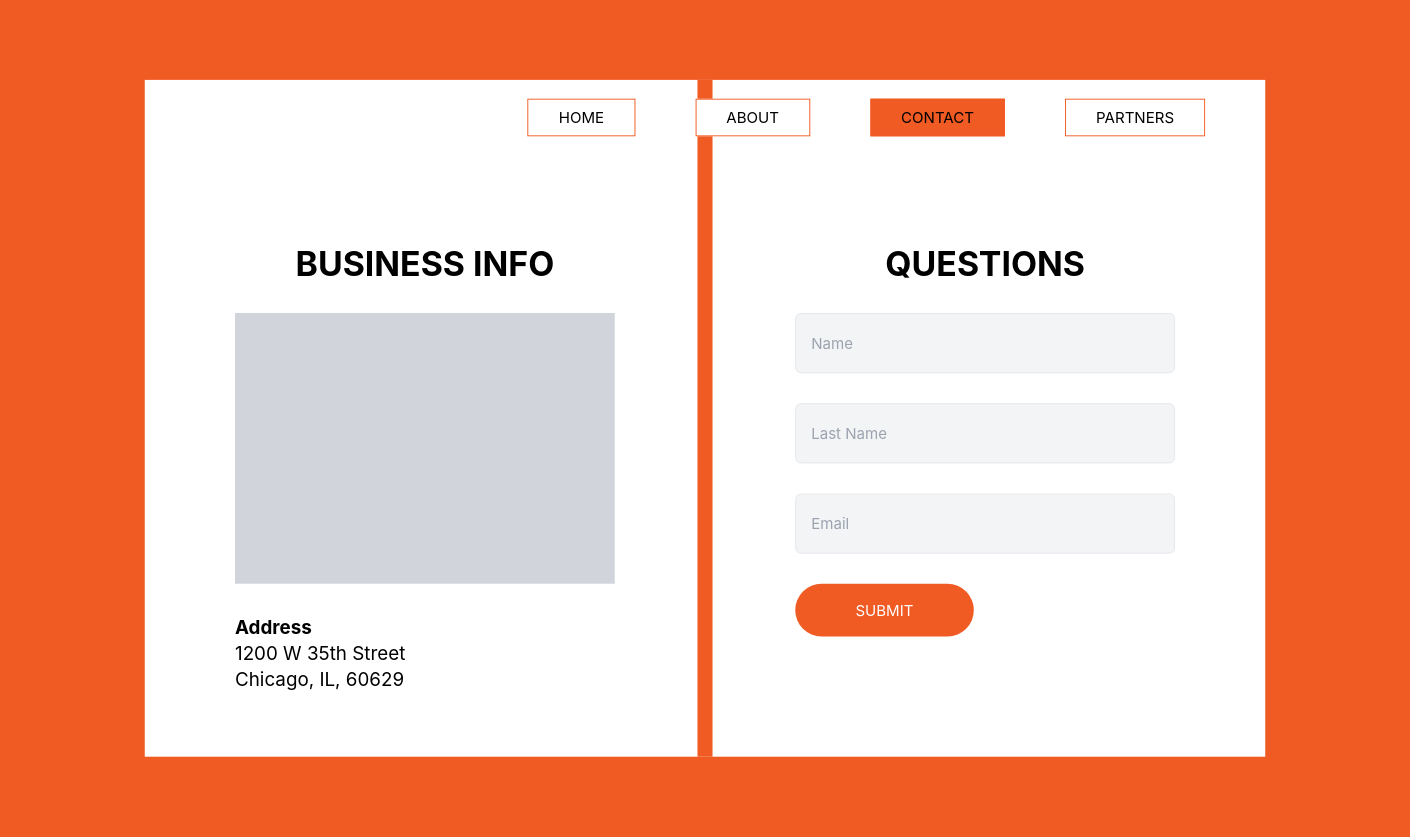
Repository: legenddev1202/whyclicktv
Page: /contact
An editor plug-in stored every save of this project. The page is shown before and after the next save, followed by the edit.
The browser window is 1280 px wide. The page is 1500 px wide, so the pictures cover 1500 px, including what lies to the right of the window. The pictures show the whole page, at 94% of full size.
The project was rebuilt for these pictures with package versions that can differ from the ones it lists, and the page was loaded fresh each time. Also part of the build but not shown: src/App.css, src/pages/home.js, src/pages/about.js, src/pages/partners.js, src/pages/referral.js.

Above is the page before, as saved 2022-03-31 14:19:29.

After the next save:
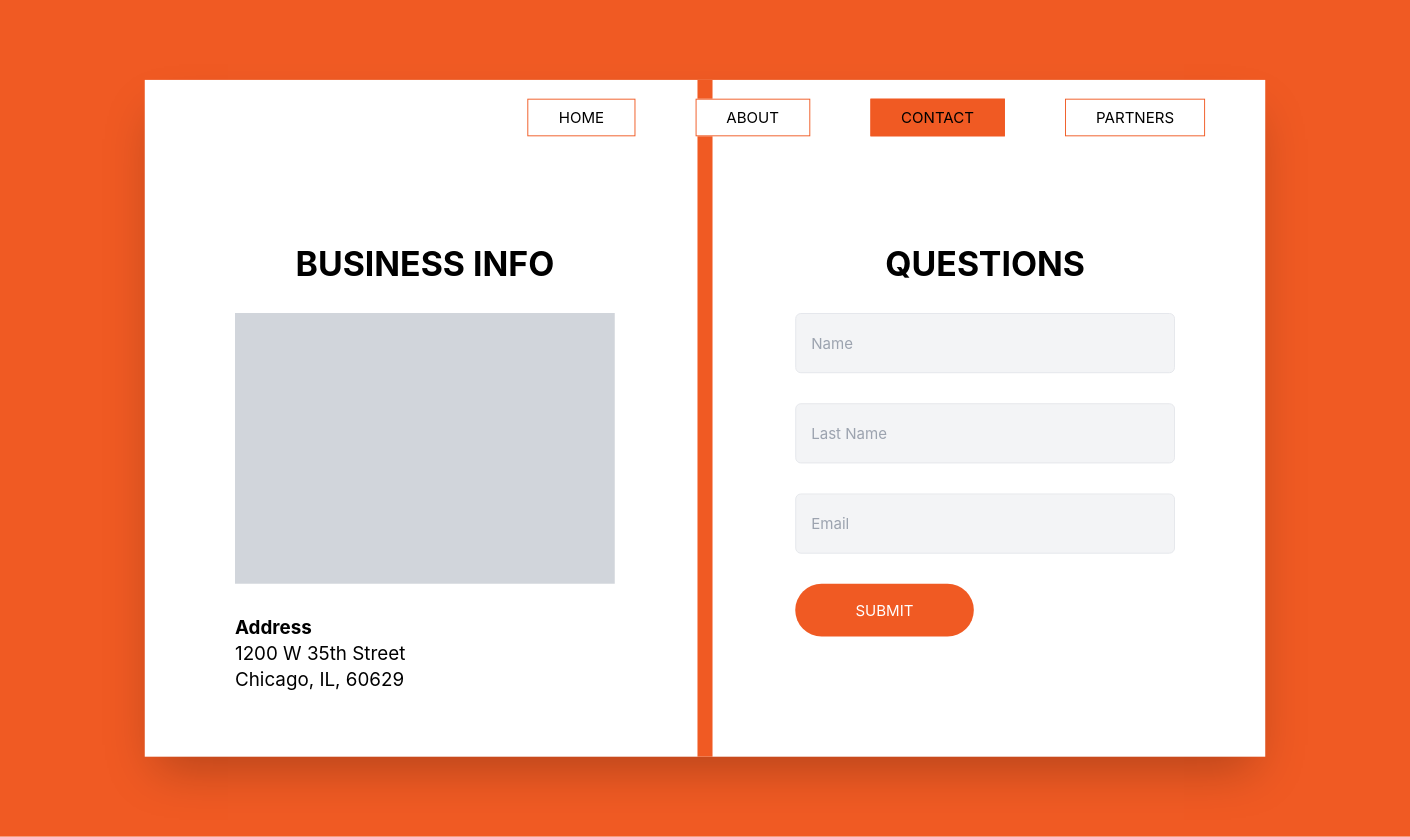
Saved 58 s later.
--- a/src/pages/contact.js
+++ b/src/pages/contact.js
@@ -5,7 +5,7 @@ function Contact() {
   return (
     <div style={{ padding: "85px 154px", backgroundColor: "#F05A23" }}>
       <div
-        className="relative h-full w-full"
+        className="relative h-full w-full shadow-2xl"
         style={{ height: "100vh", backgroundColor: "white" }}
       >
         <div className="bg-transparent w-full h-20 flex items-center px-8 justify-between z-20 absolute">
